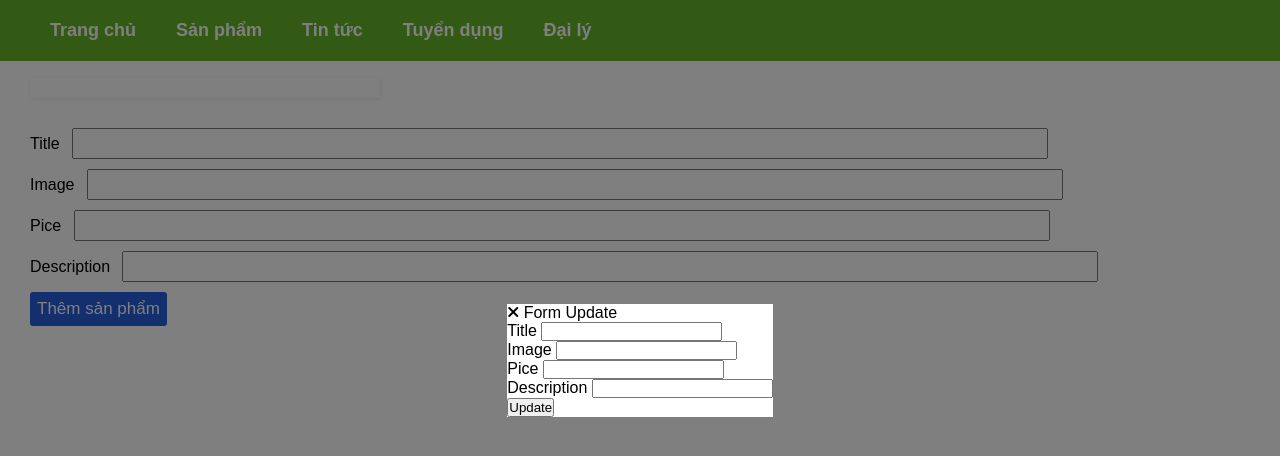
Repository: Ngoc28/CURD_HTML-CSS_JS_JSON
Page: index.html
An editor plug-in stored every save of this project. The page is shown before and after the next save, followed by the edit.
The browser window is 1280 px wide. The pictures show the whole page.
The page's requests for data from a server got no answer.

Above is the page before, as saved 2023-04-11 09:37:04.

After the next save:
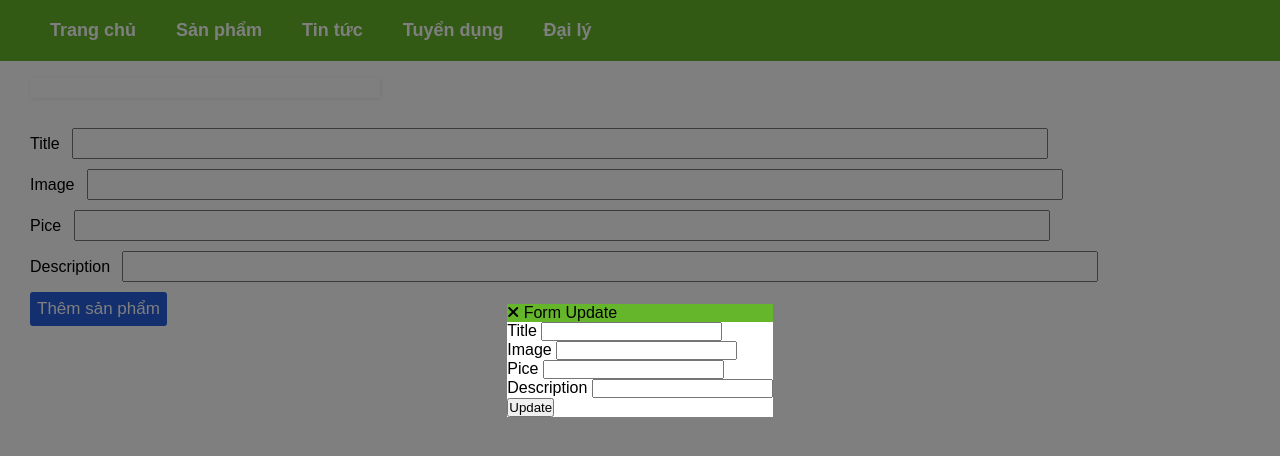
Saved 86 s later.
--- a/asset/css/style.css
+++ b/asset/css/style.css
@@ -187,3 +187,7 @@ body {
 .modal {
     background-color: #fff;
 }
+
+.modal header {
+    background-color: #66b62b;
+}
